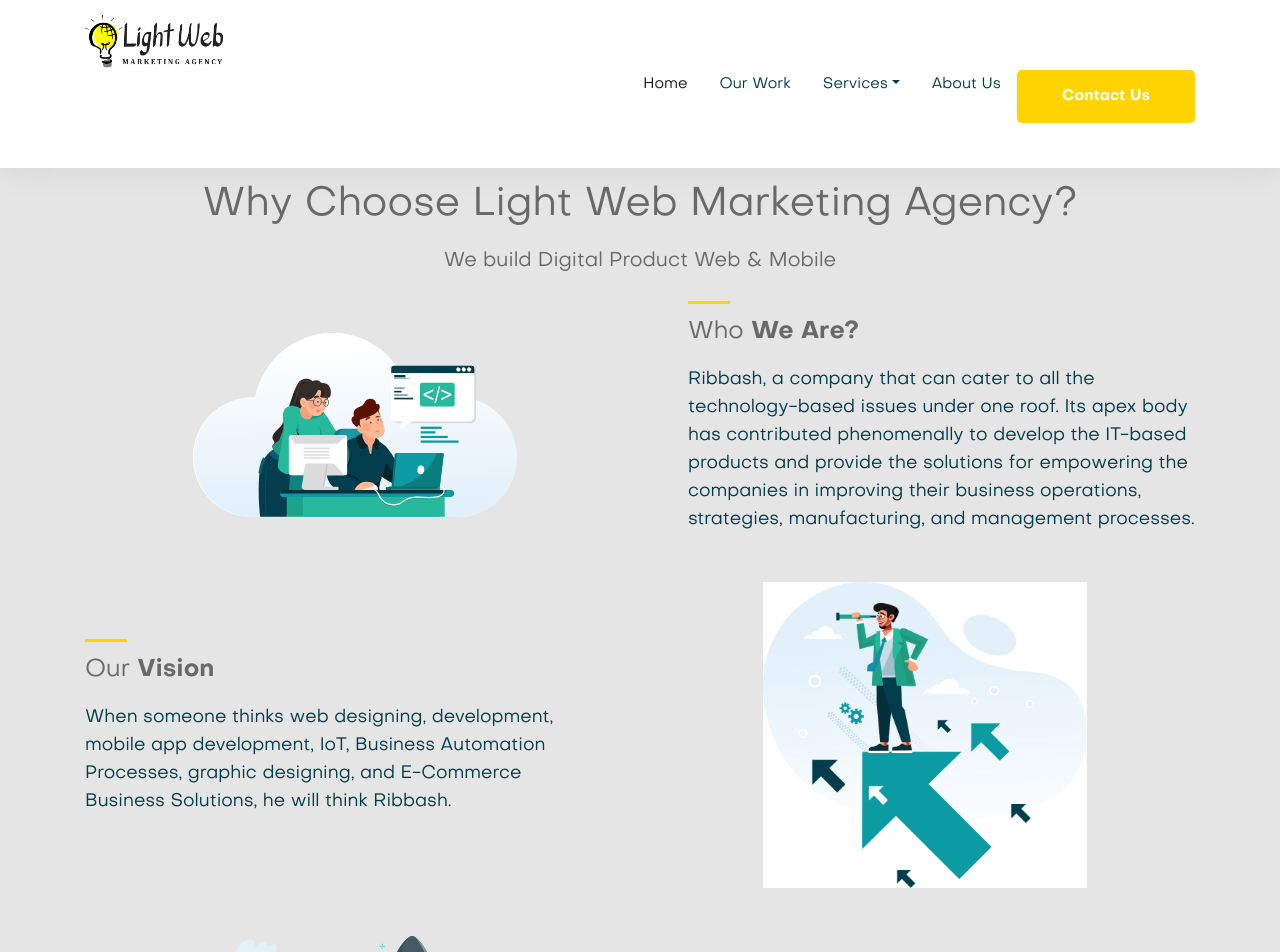
Repository: ahsankalim09/light-Agency
Page: about-us.html
The author's editor kept a copy of each file at every save. The page is drawn from the files as they stood at one save, then again after the next save.
The browser window is 1280 px wide. The pictures show the part of the page from y = 0 to 952 px (the page is 3515 px tall before and 3575 px after).

Above is the page before, as saved 2020-11-07 18:58:38.

### about-us.html
<!DOCTYPE html>
<html lang="en">

<!-- Mirrored from www.ribbash.com/about-us.html by HTTrack Website Copier/3.x [XR&CO'2014], Sun, 11 Oct 2020 15:06:10 GMT -->
<head>
	<meta charset="UTF-8">
	<meta name="viewport" content="width=device-width, initial-scale=1.0">
	<title>About - Ribbash Digital</title>

	<!-- CSS -->
    <link rel="stylesheet" href="css/bootstrap.min.css" media="all" />
    <link rel="stylesheet" href="css/all.min.css" media="all" />
    <link rel="stylesheet" href="css/owl.carousel.min.css" media="all" />
	<link rel="stylesheet" href="css/owl.theme.default.min.css" media="all" />
	<link rel="stylesheet" href="css/animate.min.css" media="all" />

	<link rel="stylesheet" href="css/el_style.css">

    <link rel="stylesheet" href="css/style.css" media="all" />
    <link rel="stylesheet" href="css/colors.css" media="all" />
	<link rel="stylesheet" href="css/responsive.css" media="all" />

	<link rel="icon" href="img/favicon.svg" type="image/svg+xml" sizes="any" />

	<script src="../www.google.com/recaptcha/api.js" async defer></script>

	<!-- Global site tag (gtag.js) - Google Analytics -->
    <script async src="https://www.googletagmanager.com/gtag/js?id=UA-175567433-1"></script>
    <script>
      window.dataLayer = window.dataLayer || [];
      function gtag(){dataLayer.push(arguments);}
      gtag('js', new Date());

      gtag('config', 'UA-175567433-1');
    </script>

</head>

<body>
	<div class="rd-wrap">

		 <!--Header Section Start-->
		 <header class="rd-header fixed-top rd-header-white">
			<div class="container">
			  <nav class="navbar navbar-expand-lg navbar-light px-0 rd-navbar">
				<a class="navbar-brand rd-logo py-0" href="index.html">
				  <img src="assests/icon/logo-black.svg" alt="logo" />
				</a>
				<button
				  class="navbar-toggler"
				  type="button"
				  data-toggle="collapse"
				  data-target="#defaultNavbar1"
				  aria-controls="defaultNavbar1"
				  aria-expanded="false"
				  aria-label="Toggle navigation"
				>
				  <span class="navbar-toggler-icon"></span>
				</button>

				<div class="collapse navbar-collapse" id="defaultNavbar1">
				  <ul class="navbar-nav ml-auto rd-navmenu">
					<li class="nav-item active">
					  <a class="nav-link pl-3 pr-3" href="index.html"
						>Home <span class="sr-only">(current)</span></a
					  >
					</li>
					<li class="nav-item dropdown">
					  <a
						class="nav-link pl-3 pr-3"
						href="#"
						id="ourWorkDropdown"
						role="button"
						data-toggle="dropdown"
						aria-haspopup="true"
						aria-expanded="false"
						>Our Work</a
					  >
					</li>
					<li class="nav-item dropdown">
					  <a
						class="nav-link dropdown-toggle pl-3 pr-3"
						href="#"
						id="servicesDropdown"
						role="button"
						data-toggle="dropdown"
						aria-haspopup="true"
						aria-expanded="false"
						>Services</a
					  >
					  <div
						class="dropdown-menu rd-dropdown-services"
						aria-labelledby="servicesDropdown"
					  >
						<div class="container">
						  <div class="row row-cols-1 row-cols-lg-3">
							<div class="col">
							  <a class="dropdown-item" href="ui-ux.html">
								<img
								  src="assests/icon/SEO icon.svg"
								  alt="ui-ux-icon"
								/>
								<span>SEO Services</span>
							  </a>
							</div>
							<div class="col">
							  <a class="dropdown-item" href="ui-ux.html">
								<img
								  src="assests/icon/social media marketing  icon.svg"
								  alt="web-developer-icon"
								/>
								<span>Social Media Marketing</span>
							  </a>
							</div>
							<div class="col">
							  <a class="dropdown-item" href="ui-ux.html">
								<img
								  src="assests/icon/web development icon.svg"
								  alt="mobile-developer-icon"
								/>
								<span>Web Development Services</span>
							  </a>
							</div>
						  </div>
						  <div class="row row-cols-1 row-cols-lg-3">
							<div class="col">
							  <a class="dropdown-item" href="ui-ux.html">
								<img
								  src="assests/icon/graphic design icon.svg"
								  alt="ui-ux-icon"
								/>
								<span>Graphics Design</span>
							  </a>
							</div>
							<div class="col">
							  <a class="dropdown-item" href="ui-ux.html">
								<img
								  src="assests/icon/content writing icon.svg"
								  alt="web-developer-icon"
								/>
								<span>Content Writer</span>
							  </a>
							</div>
							<div class="col">
							  <a class="dropdown-item" href="ui-ux.html">
								<img
								  src="assests/icon/ppc icon.svg"
								  alt="mobile-developer-icon"
								/>
								<span>PPC / Advertising</span>
							  </a>
							</div>
						  </div>
						</div>
					  </div>
					</li>
					<!-- <li class="nav-item"><a class="nav-link pl-3 pr-3" href="#">Jobs</a></li> -->
					<li class="nav-item">
					  <a class="nav-link pl-3 pr-3" href="about-us.html"
						>About Us</a
					  >
					</li>
					<li class="nav-item px-3 px-lg-0">
					  <a
					  class="btn btn-light rd-button rd-button-yellow rd-button-effect1 mt-4 wow rubberBand"
					  style="background-color: #ffd300; color: white;"
						href="contact-us.html"
						data-wow-delay="1s"
						>Contact Us</a
					  >
					</li>
				  </ul>
				</div>
			  </nav>
			</div>
		  </header>
		  <!--Header Section End-->

		<!--Intro Section Start-->
		<section class="rd-pt-180 rd-pb-65">
			<div class="container">
				<div class="row justify-content-md-center mb-4">
					<div class="col-12">
						<div class="rd-infobox text-center rd-text-dark wow fadeInUp">
							<h2 class="rd-title rd-title-strip rd-title-strip-green rd-title-strip-center mb-3">
								<span class="font-weight-normal">Why Choose Light Web Marketing Agency?</span>
								<!-- <span class="font-weight-bold">Ribbash</span> -->
							</h2>
							<p class="rd-text">We build Digital Product Web & Mobile</p>
						</div>
					</div>
				</div>
				<div class="row align-items-md-center mb-5">
					<div class="col-12 col-md-6 mb-5 mb-md-0">
						<figure class="wow fadeInUp">
							<img src="img/who-we-are.svg" alt="who we are" />
						</figure>
					</div>
					<div class="col-12 col-md-6 pl-md-5">
						<div class="rd-infobox rd-text-dark">
							<h2 class="rd-mini-title rd-title-strip rd-title-strip-green mb-3 wow fadeInUp">
								<span class="font-weight-normal">Who</span>
								<span class="font-weight-bold">We Are?</span>
							</h2>
							<p class="rd-sub-text mb-0 wow fadeInUp">Ribbash, a company that can cater to all the technology-based issues under one roof. Its apex body has contributed phenomenally to develop the IT-based products and provide the solutions for empowering the companies in improving their business operations, strategies, manufacturing, and management processes.</p>
						</div>
					</div>
				</div>
				<div class="row align-items-md-center mb-5 flex-column-reverse flex-md-row">
					<div class="col-12 col-md-6 pr-md-5">
						<div class="rd-infobox rd-text-dark">
							<h2 class="rd-mini-title rd-title-strip rd-title-strip-green mb-3 wow fadeInUp">
								<span class="font-weight-normal">Our</span>
								<span class="font-weight-bold">Vision</span>
							</h2>
							<p class="rd-sub-text mb-0 wow fadeInUp">When someone thinks web designing, development, mobile app development, IoT, Business Automation Processes, graphic designing, and E-Commerce Business Solutions, he will think Ribbash.</p>
						</div>
					</div>
					<div class="col-12 col-md-6 mb-5 mb-md-0">
						<figure class="wow fadeInUp">
							<img src="img/our-vision.jpg" alt="Our vision" />
						</figure>
					</div>
				</div>
				<div class="row align-items-md-center">
					<div class="col-12 col-md-6 mb-5 mb-md-0">
						<figure class="wow fadeInUp">
							<img src="img/our-mission.svg" alt="Our Mission" />
						</figure>
					</div>
					<div class="col-12 col-md-6 pl-md-5">
						<div class="rd-infobox rd-text-dark">
							<h2 class="rd-mini-title rd-title-strip rd-title-strip-green mb-3 wow fadeInUp">
								<span class="font-weight-normal">Our</span>
								<span class="font-weight-bold">Mission</span>
							</h2>
							<p class="rd-sub-text mb-0 wow fadeInUp">To help the businesses become trustworthy and innovative in their respective industries via providing Top-Notch IT services and products globally</p>
						</div>
					</div>
				</div>
			</div>
		</section>
		<!--Intro Section End-->

		<!--What We Do Section Start-->
		<section class="rd-pt-65 rd-pb-65">
			<div class="container">
				<div class="row">
					<div class="col">
						<div class="rd-infobox text-center rd-text-dark">
							<h2 class="rd-mini-title rd-title-strip rd-title-strip-green rd-title-strip-center mb-3 wow fadeInUp">
								<span class="font-weight-bold">What</span>
								<span class="font-weight-normal">we do?</span>
							</h2>
							<p class="rd-sub-text wow fadeInUp">Ribbash shows great concerns over the toughest challenges faced by our clients by handling all their issues related to
								developing strategy, consultation regarding technology advancements, digital marketing, improve business operations,
								and improve online look and feel. We are focused on providing innovation to our clients and improving their working
								procedures and lives. With the expertise of providing IT solutions across more than 20 industries, we deliver results
								that can address all the needs for a new digital world that has become demanding and challenging now.</p>
						</div>
						<div class="rd-video wow fadeInUp">
							<iframe width="100%" height="506" src="https://www.youtube.com/embed/Db9TaKlDi80" frameborder="0" allow="accelerometer; autoplay; encrypted-media; gyroscope; picture-in-picture" allowfullscreen></iframe>
						</div>
					</div>
				</div>
			</div>
		</section>
		<!--What We Do Section End-->

		<!--Intro Section Start-->
		<section class="rd-pt-180 rd-pb-65">
			<div class="container">
				<div class="row align-items-md-center">
					<div class="col-12 col-md-5 col-xl-6 pr-xl-5 mb-4 mb-md-0">
						<div class="rd-infobox rd-text-dark">
							<h2 class="rd-mini-title rd-title-strip rd-title-strip-green mb-3 wow fadeInUp">
								<span class="font-weight-normal">Our</span>
								<span class="font-weight-bold">Core Values</span>
							</h2>
							<p class="rd-sub-text mb-0 wow fadeInUp">Our core values describe the character of our
								company and define our culture in the organization.
								These values and culture are largely dependent on
								individual behaviors, and our team is ready to
								accept the challenge of acting in the organization and making decisions.</p>
						</div>
					</div>
					<div class="col-12 col-md-7 col-xl-6">
						<div class="row">
							<div class="col-6 col-lg-4 py-3 align-self-center">
								<h4 class="rd-mini-title text-center text-uppercase rd-text-dark rd-value-title wow fadeInUp">
									<span>Our Key</span>
									<span>Values are</span>
								</h4>
							</div>
							<div class="col-6 col-lg-4 py-3">
								<figure class="rd-value wow fadeInUp">
									<img src="img/hand-shake.svg" alt="our values" />
									<figcaption>Client Value Creation</figcaption>
								</figure>
							</div>
							<div class="col-6 col-lg-4 py-3">
								<figure class="rd-value wow fadeInUp">
									<img src="img/global-networking.svg" alt="our values" />
									<figcaption>Global Networking</figcaption>
								</figure>
							</div>
							<div class="col-6 col-lg-4 py-3">
								<figure class="rd-value wow fadeInUp">
									<img src="img/respect-for-all.svg" alt="our values" />
									<figcaption>Respect for all</figcaption>
								</figure>
							</div>
							<div class="col-6 col-lg-4 py-3">
								<figure class="rd-value wow fadeInUp">
									<img src="img/integrity.svg" alt="our values" />
									<figcaption>Integrity</figcaption>
								</figure>
							</div>
							<div class="col-6 col-lg-4 py-3">
								<figure class="rd-value wow fadeInUp">
									<img src="img/stewardship.svg" alt="our values" />
									<figcaption>Stewardship</figcaption>
								</figure>
							</div>
						</div>
					</div>
				</div>
			</div>
		</section>
		<!--Intro Section End-->

		<!--Contact Form Section Start-->
        <section class="rd-contact-form-section rd-pt-65">
            <div class="container-fluid">
                <div class="rd-contact-form-box rd-container-1170 wow pulse">
                    <div class="rd-infobox text-center">
                        <h2 class="rd-title rd-title-strip rd-title-strip-dark rd-title-strip-center rd-text-dark mb-3">
                            <span class="font-weight-bold">Let Us Help In Your Next Project</span>
                        </h2>
                    </div>
                    <form class="rd-contact-form" action="https://www.ribbash.com/includes/contact-form-handler.php" method="post">
                        <div class="row">
                            <div class="form-group col-md-4 mb-4">
                                <label for="full-name">Full Name</label>
                                <input type="text" name="full-name" id="full-name" class="form-control" placeholder="John Smiths">
                            </div>
                            <div class="form-group col-md-4 mb-4">
                                <label for="email">Email</label>
                                <input type="email" name="email" id="email" class="form-control" placeholder="johnsmiths@ribbash.com" required>
                            </div>
                            <div class="form-group col-md-4 mb-4">
                                <label for="website">Website</label>
                                <input type="text" name="website" id="website" class="form-control" placeholder="https://www.example.com/">
                            </div>
                        </div>
                        <div class="form-group">
                            <label for="message">Message</label>
                            <textarea class="form-control" name="message" id="message" rows="3" required></textarea>
                        </div>
                        <div class="d-sm-flex justify-content-sm-end align-items-sm-end text-center">
                            <div class="g-recaptcha" data-sitekey="6LfEOMMZAAAAAFNCLAlcVjky3u9YUYHCsePmSyY_"></div>
                            <button class="btn btn-light rd-button rd-gradient-bg-orient-blue rd-button-effect1 mt-4 mt-sm-0 ml-sm-3" type="submit">Submit</button>
                        </div>
                    </form>
                </div>
            </div>
        </section>
        <!--Contact Form Section End-->

		<!--Footer Section Start-->
		<footer class="rd-footer">
			<div class="rd-footer-top rd-gradient-bg-orient-blue pb-5 rd-clip-bg-top-left font-weight-light">
				<div class="container">
					<div class="row d-none">
						<div class="col">
							<div class="rd-infobox text-center">
								<h2 class="rd-title rd-title-strip rd-title-strip-center text-white mb-3">
									<span class="font-weight-bold">Company News</span>
								</h2>
							</div>
							<!--Owl-Carousel Start-->
							<div class="owl-carousel owl-theme rd-blog-carousel">
								<div class="card rd-blog-item border-0">
									<figure class="rd-blog-img mb-0">
										<img src="img/mask-group--14.jpg" srcset="img/mask-group--14@2x.jpg 2x, img/mask-group--14@3x.jpg 3x" alt="">
									</figure>
									<div class="card-body d-flex flex-column rd-blog-content">
										<h4 class="rd-blog-title">
											<a href="#">Lorem Ipsum is simply dummy text of the printing</a>
										</h4>
										<div class="rd-blog-metadata mt-auto">
											<span class="rd-blog-published"><i class="far fa-calendar-alt"></i>2 Days Ago</span>
											<span class="rd-blog-time"><i class="far fa-clock"></i>2 mint</span>
										</div>
									</div>
								</div>
								<div class="card rd-blog-item border-0">
									<figure class="rd-blog-img mb-0">
										<img src="img/mask-group--11.jpg" srcset="img/mask-group--11@2x.jpg 2x, img/mask-group--11@3x.jpg 3x" alt="">
									</figure>
									<div class="card-body d-flex flex-column rd-blog-content">
										<h4 class="rd-blog-title">
											<a href="#">Porem Ipsum is simply dummy of the printing and typesetting.</a>
										</h4>
										<div class="rd-blog-metadata mt-auto">
											<span class="rd-blog-published"><i class="far fa-calendar-alt"></i>2 Days Ago</span>
											<span class="rd-blog-time"><i class="far fa-clock"></i>2 mint</span>
										</div>
									</div>
								</div>
								<div class="card rd-blog-item border-0">
									<figure class="rd-blog-img mb-0">
										<img src="img/people-inside-room-3184657.jpg" srcset="img/people-inside-room-3184657@2x.jpg 2x, img/people-inside-room-3184657@3x.jpg 3x" alt="">
									</figure>
									<div class="card-body d-flex flex-column rd-blog-content">
										<h4 class="rd-blog-title">
											<a href="#">Horem Ipsum has been the industrys standard dummy text ever since.</a>
										</h4>
										<div class="rd-blog-metadata mt-auto">
											<span class="rd-blog-published"><i class="far fa-calendar-alt"></i>2 Days Ago</span>
											<span class="rd-blog-time"><i class="far fa-clock"></i>2 mint</span>
										</div>
									</div>
								</div>
								<div class="card rd-blog-item border-0">
									<figure class="rd-blog-img mb-0">
										<img src="img/mask-group--11.jpg" srcset="img/mask-group--11@2x.jpg 2x, img/mask-group--11@3x.jpg 3x" alt="">
									</figure>
									<div class="card-body d-flex flex-column rd-blog-content">
										<h4 class="rd-blog-title">
											<a href="#">Porem Ipsum is simply dummy of the printing and typesetting.</a>
										</h4>
										<div class="rd-blog-metadata mt-auto">
											<span class="rd-blog-published"><i class="far fa-calendar-alt"></i>2 Days Ago</span>
											<span class="rd-blog-time"><i class="far fa-clock"></i>2 mint</span>
										</div>
									</div>
								</div>
							</div>
							<!--Owl-Carousel End-->
						</div>
					</div>
					<span class="rd-divider w-100 mt-5 mb-5 d-none"></span>
					<div class="row text-white">
						<div class="col-12 col-md-4">
							<div class="rd-footer-intro">
								<a class="rd-footer-logo d-inline-block mb-4" href="index-2.html">
									<img src="img/logo-white.svg" alt="logo" />
								</a>
								<p class="mb-0">When someone thinks web designing, development, mobile app development, IoT, Business Automation Processes, graphic designing, and E-Commerce Business Solutions, he will think Ribbash.</p>
							</div>
						</div>
						<div class="col-12 col-md-8">
							<div class="row">
								<div class="col-12 col-md-4">
										<h4 class="rd-sub-title mt-4 mb-3">Quick Links</h4>
										<ul class="rd-footer-list rd-quick-links list-inline mb-0">
											<li><a href="ui-ux.html">UI/UX Design</a></li>
											<li><a href="web-development.html">Website Development</a></li>
											<li><a href="mobile-development.html">Mobile Development</a></li>
										</ul>
								</div>
								<div class="col-12 col-md-4">
									<div class="rd-footer-links-wrap">
										<h4 class="rd-sub-title mt-4 mb-3">Follow Us</h4>
										<ul class="rd-footer-list rd-social-links-vr list-inline mb-0">
											<li>
												<i class="fab fa-facebook-f"></i>
												<a href="http://facebook.com/ribbashdigital" target="_blank">Facebook</a>
											</li>
											<li>
												<i class="fab fa-instagram"></i>
												<a href="http://instagram.com/ribbashdigital" target="_blank">Instagram</a>
											</li>
										</ul>
									</div>
								</div>
								<div class="col-12 col-md-4">
									<div class="rd-footer-links-wrap">
										<h4 class="rd-sub-title mt-4 mb-3">Contact Us</h4>
										<ul class="rd-footer-list rd-contact-info list-inline mb-0">
											<li>
												<i class="fas fa-envelope"></i>
												<a href="mailto:hello@ribbash.com">hello@ribbash.com</a>
											</li>
											<li class="d-flex align-items-baseline">
												<i class="fas fa-map-marker-alt"></i>
												<span>Main Boulevard, Gulberg III, Lahore, Punjab, Pakistan</span>
											</li>
										</ul>
									</div>
								</div>
							</div>
						</div>
					</div>
				</div>
			</div>
			<div class="rd-copyright-footer rd-text-dark">
				<div class="container">
					<div class="row">
						<div class="col-12 text-center">
							<p class="rd-sub-text mb-0 font-weight-normal">©2020 - Ribbash | All Right Reserved</p>
						</div>
					</div>
				</div>
			</div>
		</footer>
		<!--Footer End-->

	</div>


    <!-- jQuery library -->
	<script src="js/jquery-3.4.1.min.js"></script>
	<script src="js/bootstrap.bundle.min.js"></script>
	<script src="js/owl.carousel.min.js"></script>
	<script src="js/wow.min.js"></script>

	<script src="js/bodymovin.js"></script>
	<script src="js/home_index.js"></script>
	<script src="js/jquery.parallax-scroll.js"></script>

	<script src="js/custom-script.js"></script>

</body>

<!-- Mirrored from www.ribbash.com/about-us.html by HTTrack Website Copier/3.x [XR&CO'2014], Sun, 11 Oct 2020 15:06:15 GMT -->
</html>

Loaded but not shown: css/bootstrap.min.css (library); css/all.min.css (library); css/owl.carousel.min.css (library); css/owl.theme.default.min.css (common file); css/animate.min.css (library); js/jquery-3.4.1.min.js (library); js/bootstrap.bundle.min.js (library); js/owl.carousel.min.js (library); js/wow.min.js (library); js/bodymovin.js (library); js/jquery.parallax-scroll.js (library); js/home_index.js (217 lines, source omitted); js/custom-script.js (229 lines, source omitted); css/el_style.css (1482 lines, source omitted); css/style.css (1903 lines, source omitted); css/responsive.css (539 lines, source omitted); css/colors.css (150 lines, source omitted)

After the next save:
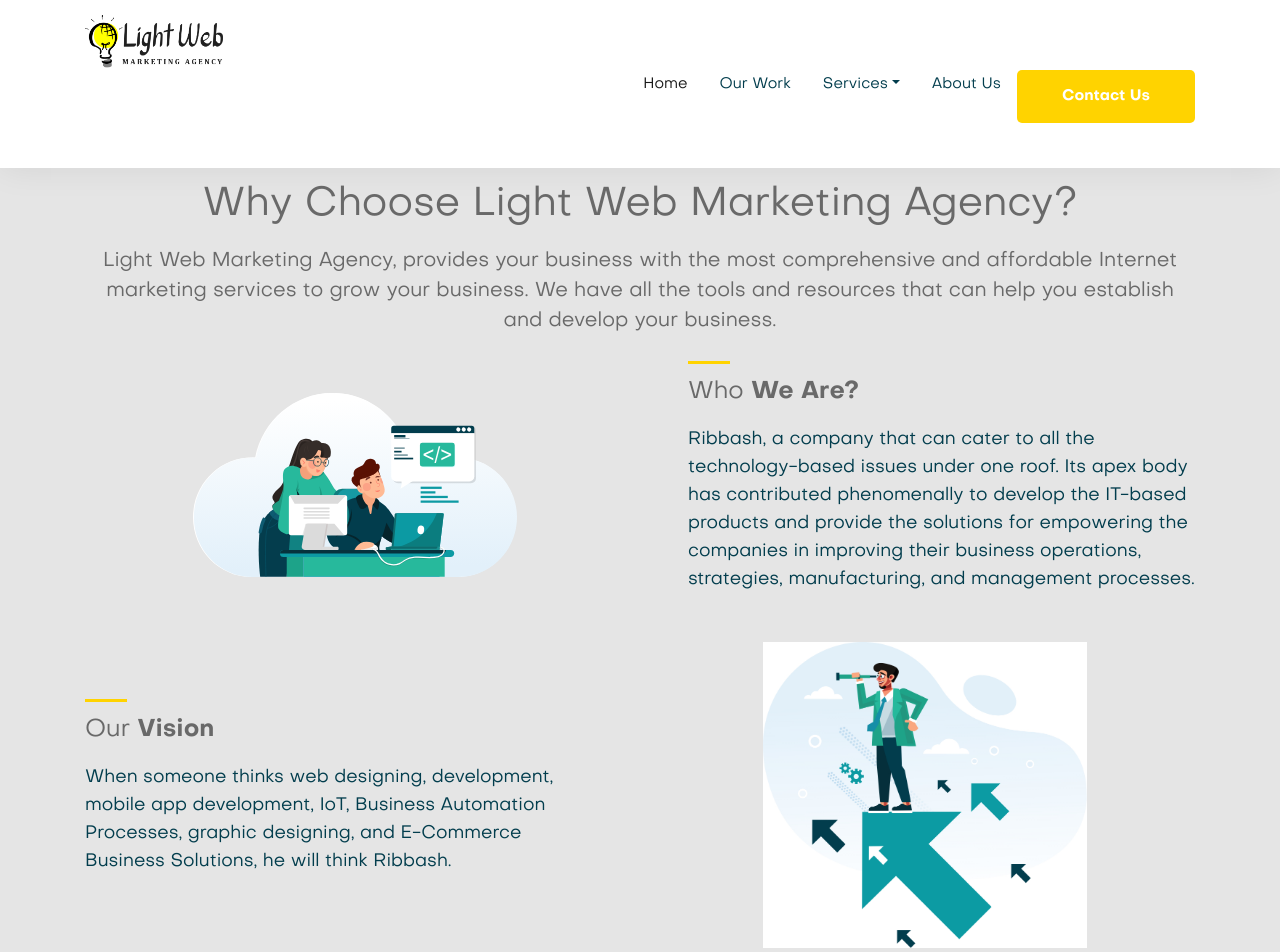
Saved 11 s later.
--- a/about-us.html
+++ b/about-us.html
@@ -186,7 +186,7 @@
 								<span class="font-weight-normal">Why Choose Light Web Marketing Agency?</span>
 								<!-- <span class="font-weight-bold">Ribbash</span> -->
 							</h2>
-							<p class="rd-text">We build Digital Product Web & Mobile</p>
+							<p class="rd-text">Light Web Marketing Agency, provides your business with the most comprehensive and affordable Internet marketing services to grow your business. We have all the tools and resources that can help you establish and develop your business. </p>
 						</div>
 					</div>
 				</div>
